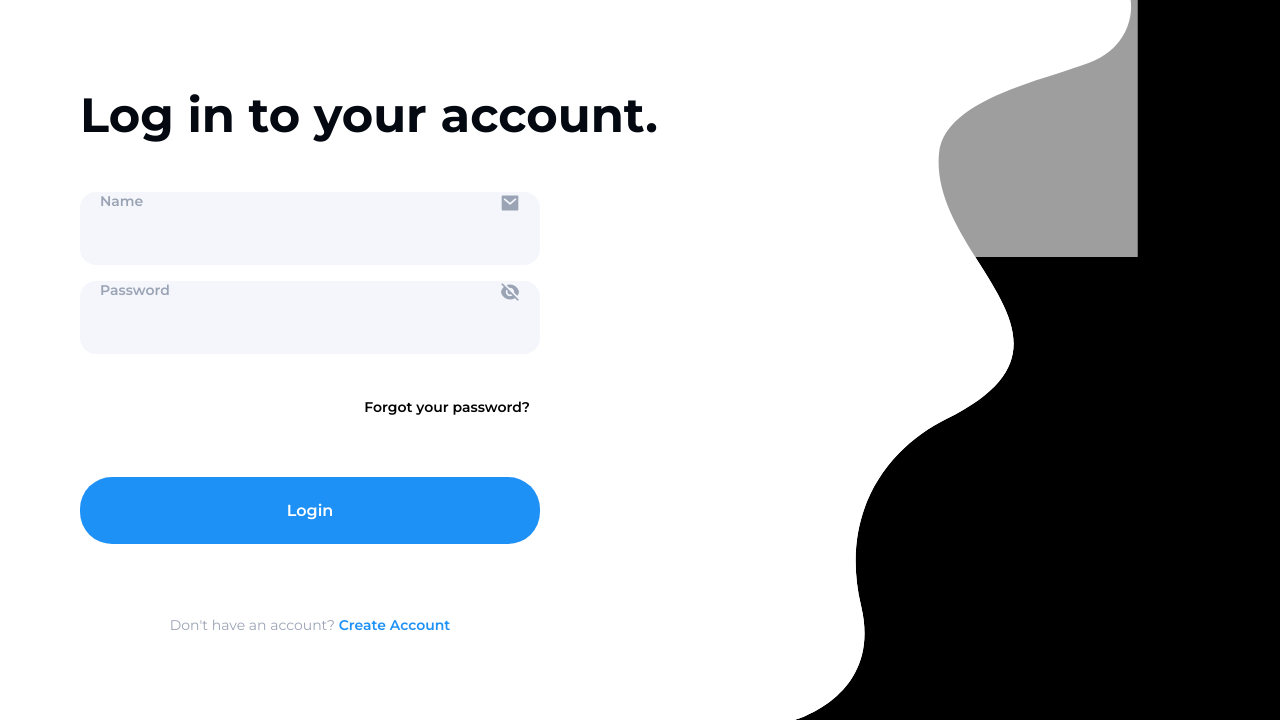
Repository: tqchuong/project_giuaky_ltw
Page: html/login.html
The author's editor kept a copy of each file at every save. The page is drawn from the files as they stood at one save, then again after the next save.
The browser window is 1280 px wide. The pictures show the whole page.
Pictures or frames that could not be fetched are drawn as grey boxes.

Above is the page before, as saved 2024-11-16 21:45:08.
Console error: SyntaxError: Unexpected end of input

After the next save:
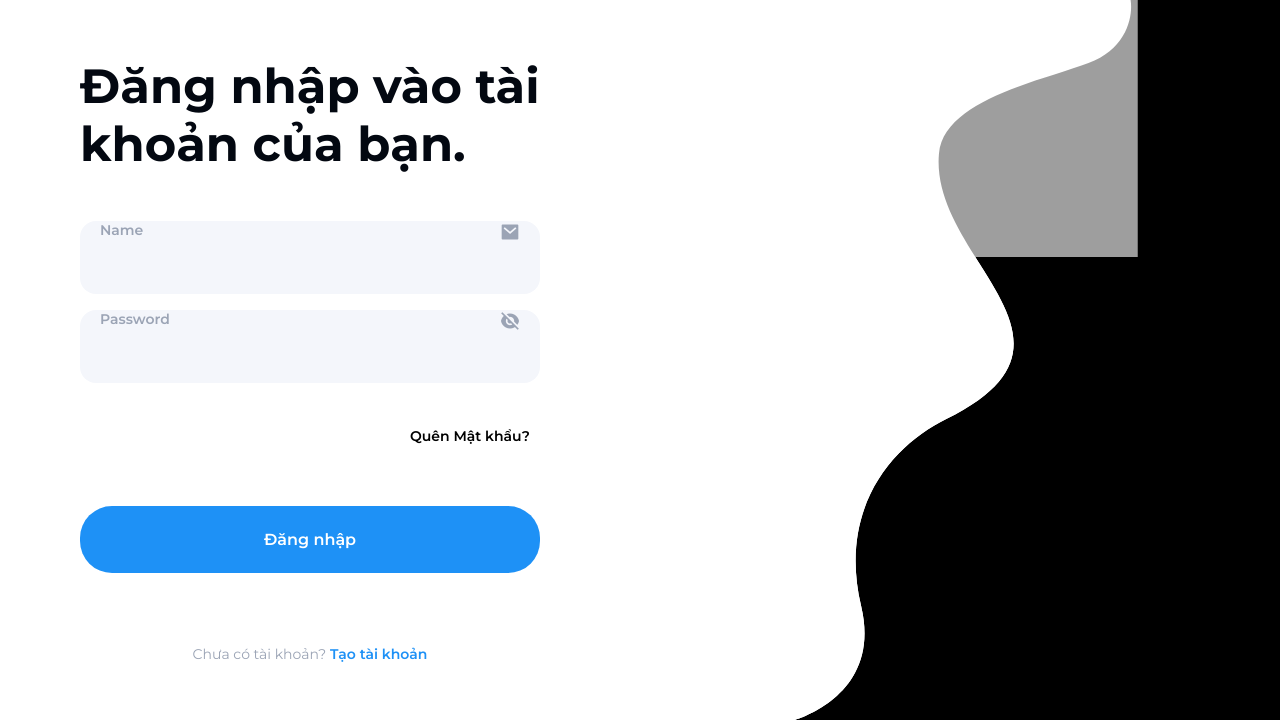
Saved 2 min 46 s later.
--- a/html/login.html
+++ b/html/login.html
@@ -26,7 +26,7 @@
     <div class="login container grid" id="loginAccessRegister">
         <!--===== LOGIN ACCESS =====-->
         <div id="loginForm" class="login__access">
-            <h1 class="login__title">Log in to your account.</h1>
+            <h1 class="login__title">Đăng nhập vào tài khoản của bạn.</h1>
             <div class="login__area">
                 <form action="" class="login__form">
                     <div class="login__content grid">
@@ -44,21 +44,21 @@
                         </div>
                     </div>
                     <p>
-                        <button id="forgotPasswordLink" class="forgotPasswordLink">Forgot your password?</button>
+                        <button id="forgotPasswordLink" class="forgotPasswordLink">Quên Mật khẩu?</button>
                     </p>
-                    <button type="button" id="login-button" class="login__button">Login</button>
+                    <button type="button" id="login-button" class="login__button">Đăng nhập</button>
 
                 </form>
                 <p class="login__switch">
-                    Don't have an account?
-                    <button id="loginButtonRegister">Create Account</button>
+                    Chưa có tài khoản?
+                    <button id="loginButtonRegister">Tạo tài khoản</button>
                 </p>
             </div>
         </div>
 
         <!--===== LOGIN REGISTER =====-->
         <div id="registerForm" class="login__register" style="display: none;">
-            <h1 class="login__title">Create new account.</h1>
+            <h1 class="login__title">Tạo tài khoản mới.</h1>
             <div class="login__area">
                 <form action="" class="login__form">
                     <div class="login__box">
@@ -88,15 +88,15 @@
                     <button type="submit" class="login__button" id="signup-button">Create account</button>
                 </form>
                 <p class="login__switch">
-                    Already have an account?
-                    <button id="loginButtonAccess">Log In</button>
+                    Đã có tài khoản?
+                    <button id="loginButtonAccess">Đăng nhập</button>
                 </p>
             </div>
         </div>
 
         <!-- ===== FORGOT PASSWORD ===== -->
         <div id="forgotPasswordForm" class="forgot-password" style="display: none;">
-            <h1 class="login__title">Forgot your password?</h1>
+            <h1 class="login__title">Quên Mật khẩu?</h1>
             <div class="login__area">
                 <form action="" class="login__form">
                     <div class="login__box">
@@ -105,11 +105,11 @@
                         <i class="ri-mail-fill login__icon"></i>
                         <span class="form-message mail"></span>
                     </div>
-                    <button type="submit" class="login__button">Reset Password</button>
+                    <button type="submit" class="login__button">Đặt lại mật khẩu</button>
                 </form>
                 <p class="login__switch">
-                    Remember your password?
-                    <button id="backToLoginButton">Log In</button>
+                    Nhớ mật khẩu của bạn?
+                    <button id="backToLoginButton">Đăng nhập</button>
                 </p>
             </div>
         </div>
